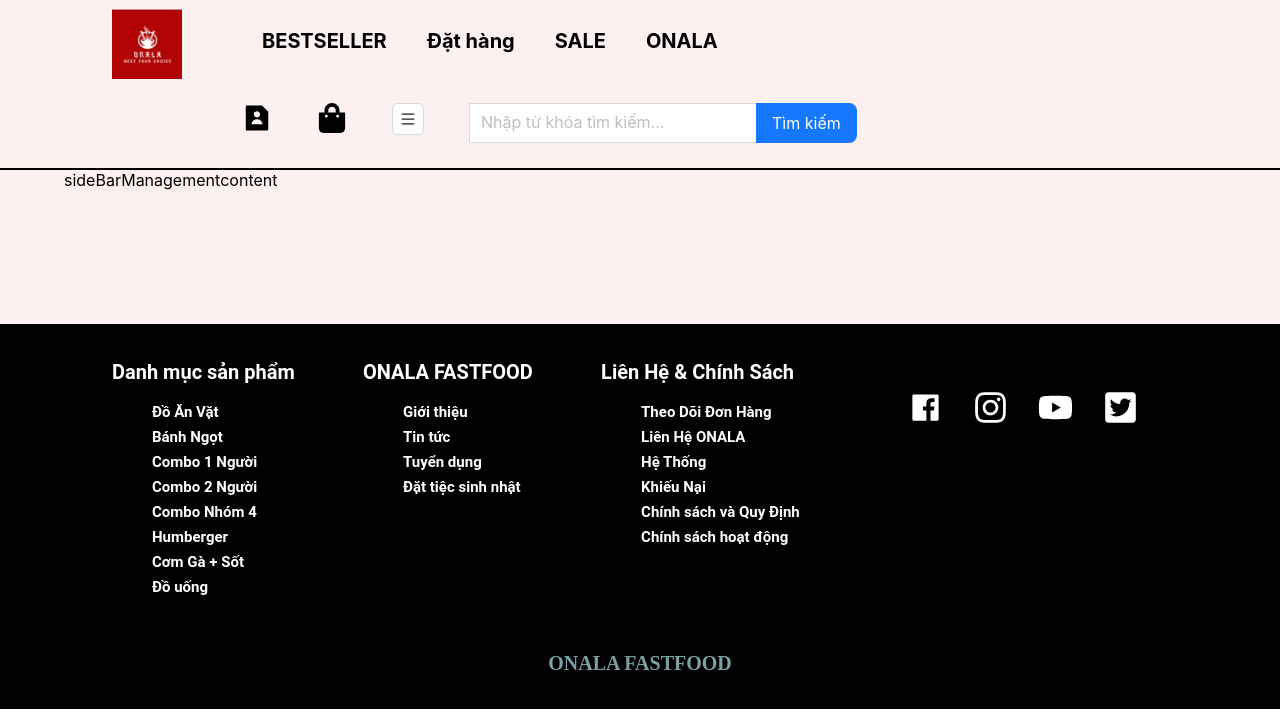
Repository: tranlan149/ONALA
Page: /account
The author's editor kept a copy of each file at every save. The page is drawn from the files as they stood at one save, then again after the next save.
The browser window is 1280 px wide. The pictures show the whole page.
The project was rebuilt for these pictures with package versions that can differ from the ones it lists, and the page was loaded fresh each time. Also part of the build but not shown: src/Components/Search/Search.css, src/Pages/BestSeller/index.js, src/Pages/ONALA/index.js, src/Pages/Sale/index.js, src/Pages/Recommend/index.js, src/Pages/Register/RegisterForm.module.css, src/Pages/Register/index.js, src/Pages/Login/LoginForm.module.css and 12 more.

Above is the page before, as saved 2025-02-11 15:18:16.

### src/App.js
import { Route, Routes } from 'react-router-dom';
import './App.css';
import Layout from './Layout';
import BestSeller from './Pages/BestSeller';
import ONALA from './Pages/ONALA';
import Sale from './Pages/Sale';
import Recommend from './Pages/Recommend';
import Register from './Pages/Register';
import Login from './Pages/Login';
import Order from './Pages/Order';
import Cart from './Pages/Cart';
import Home from './Pages/Home';
import AccountPage from './Pages/Account';

function App() {
  return (
    <>
      <Routes>
          <Route path='/' element={<Layout/>}>
            <Route path='/' element={<Home/>} />
            <Route path='/bestseller' element={<BestSeller/>} />
            <Route path='/account' element={<AccountPage/>} />
            <Route path='/recommend' element={<Recommend/>} />
            <Route path='/order' element={<Order/>} />
            <Route path='/cart' element={<Cart/>} />
            <Route path='/onala' element={<ONALA/>} />
            <Route path='sale' element={<Sale/>} />
            <Route path= 'register' element = {<Register/>}/>

          </Route>





      </Routes>
    </>
  );
}

export default App;

### src/App.css
.App {
  text-align: center;
}

.App-logo {
  height: 40vmin;
  pointer-events: none;
}

@media (prefers-reduced-motion: no-preference) {
  .App-logo {
    animation: App-logo-spin infinite 20s linear;
  }
}

.App-header
{
  background-color: #282c34;
  min-height: 100vh;
  display: flex;
  flex-direction: column;
  align-items: center;
  justify-content: center;
  font-size: calc(10px + 2vmin);
  color: white;
}
.layout_main {
  background-color: #FCF0F0;
}

.App-link {
  color: #61dafb;
}

@keyframes App-logo-spin {
  from {
    transform: rotate(0deg);
  }
  to {
    transform: rotate(360deg);
  }
}

### src/Layout/index.js
import { Outlet } from "react-router-dom";
import {  NavLink } from "react-router-dom";
import logo from "../image/logo.png"
import { RiFileUserFill } from "react-icons/ri";
import { FaShoppingBag } from "react-icons/fa";
import { BiLogoFacebookSquare } from "react-icons/bi";
import { FaInstagram } from "react-icons/fa";
import { FaYoutube } from "react-icons/fa";
import { FaTwitterSquare } from "react-icons/fa";
import SearchBar from '../Components/Search/Search'
import './style.css';

import MenuDropdown from "../Components/dropdown/MenuDropdown";

function Layout(){
    return(
        <>
            <div className='layout'>
                <header className="layout_header">
                    <div className='layout_logo'>
                        <NavLink to='/'>
                            <img src={logo} alt="logo" style={{height:'70px ', width:'70px '}}/>
                        </NavLink>

                    </div>
                    <div className='layout_menu_1'>
                        <ul>
                            <li>
                                <NavLink to='/bestseller'>BESTSELLER</NavLink>
                            </li>
                            <li>
                                <NavLink to='/order'>Đặt hàng </NavLink>
                            </li>
                            <li>
                                <NavLink to='/sale'>SALE</NavLink>
                            </li>
                            <li>
                                <NavLink to='/onala'>ONALA </NavLink>
                            </li>
                        </ul>
                    </div>
                    <div className='layout_menu_2'>
                        <ul>
                            <li>
                                <NavLink to='/account'>
                                    <RiFileUserFill style={{color:'#000 ', fontSize:'30px'}}/>
                                </NavLink>
                            </li>
                            <li>
                                <NavLink to='/cart'>
                                    <FaShoppingBag style={{color:'#000 ', fontSize:'30px'}}/>
                                </NavLink>
                            </li>

                            <li>

                                <MenuDropdown style={{color:'#000 ', fontSize:'30px'}}/>

                            </li>
                            <li>
                                <SearchBar style={{color:'#000000'}}/>
                            </li>
                        </ul>
                    </div>
                </header>
                <main className="layout_main"><Outlet/></main>
                <footer className="layout_footer" >
                    <div className="footer_1">
                        <h2>Danh mục sản phẩm</h2>
                        <ul>
                            <li>
                                <NavLink to='/'>Đồ Ăn Vặt</NavLink>
                            </li>
                            <li>
                                <NavLink to='/'>Bánh Ngọt</NavLink>
                            </li>
                            <li>
                                <NavLink to='/'>Combo 1 Người</NavLink>
                            </li>
                            <li>
                                <NavLink to='/'>Combo 2 Người</NavLink>
                            </li>
                            <li>
                                <NavLink to='/'>Combo Nhóm 4</NavLink>
                            </li>
                            <li>
                                <NavLink to='/'>Humberger</NavLink>
                            </li>
                            <li>
                                <NavLink to='/'>Cơm Gà + Sốt</NavLink>
                            </li>
                            <li>
                                <NavLink to='/'>Đồ uống</NavLink>
                            </li>
                        </ul>

                    </div>
                    <div className="footer_1">
                        <h2>ONALA FASTFOOD</h2>
                        <ul>
                            <li>
                                <NavLink to='/recommend'>Giới thiệu</NavLink>
                            </li>
                            <li>
                                <NavLink to='/'>Tin tức</NavLink>
                            </li>
                            <li>
                                <NavLink to='/'>Tuyển dụng </NavLink>
                            </li>
                            <li>
                                <NavLink to='/'>Đặt tiệc sinh nhật</NavLink>
                            </li>
                        </ul>
                    </div>
                    <div className="footer_1">
                        <h2>Liên Hệ & Chính Sách </h2>
                        <ul>
                            <li>
                                <NavLink to='/'>Theo Dõi Đơn Hàng</NavLink>
                            </li>
                            <li>
                                <NavLink to='/'>Liên Hệ ONALA</NavLink>
                            </li>
                            <li>
                                <NavLink to='/'>Hệ Thống </NavLink>
                            </li>
                            <li>
                                <NavLink to='/'>Khiếu Nại</NavLink>
                            </li>
                            <li>
                                <NavLink to='/'>Chính sách và Quy Định</NavLink>
                            </li>
                            <li>
                                <NavLink to='/'>Chính sách hoạt động</NavLink>
                            </li>
                        </ul>
                    </div>
                    <div className="footer_2">
                        <ul>
                            <li>
                                <BiLogoFacebookSquare style={{fontSize:'35px'}} />
                            </li>
                            <li>
                                <FaInstagram style={{fontSize:'35px'}}/>
                            </li>
                            <li>
                                <FaYoutube style={{fontSize:'35px'}}/>
                            </li>
                            <li>
                                <FaTwitterSquare style={{fontSize:'35px'}}/>
                            </li>
                        </ul>
                    </div>

                </footer>
                <div style={{background:'#000000', color:'#7AA0A3', textAlign:'center', paddingTop:'20px', paddingBottom:'45px', fontFamily:'Lora', fontSize:'20px', fontWeight:"bold"}}>ONALA  FASTFOOD</div>

            </div>
        </>
    );
}
export default Layout;

### src/Pages/Account/index.js
import Login from "../Login";
import UserManagement from "../UserManagement";
function AccountPage() {
    const isLogin = true;
    return (
        <>
            {isLogin ? <UserManagement/> : <Login/>}
        </>
    );
}

export default AccountPage;

### src/Components/Search/Search.js
import React, { useState } from 'react';
import { Input } from 'antd';
import './Search.css';

const { Search } = Input;

const SearchBar = ({ onSearch }) => {
  return (
    <Search
      placeholder="Nhập từ khóa tìm kiếm..."
      allowClear
      enterButton="Tìm kiếm"
      size="large"
      onSearch={onSearch} // Gọi hàm khi nhấn Enter hoặc nút Tìm kiếm
    />
  );
};

export default SearchBar;

### src/Layout/style.css
.layout{
    box-sizing: border-box;
    margin:0px;
    display: flex;
    flex-direction: column;
    min-height: 100vh;
}
.layout_header{
    display:flex;
    padding-left: 112px;
    padding-right: auto;
    padding-top: 9px;
    padding-bottom: 9px;
    flex-wrap: wrap;
    background-color: #FCF0F0;
    border-bottom: 2px solid #000000;


}
.layout_main {
    flex: 1;
}
.layout_menu_1 > ul {
    display: flex;
    list-style: none ;
    margin-top: 20px;
}

.layout_menu_1 > ul > li{
    margin-left: 40px;
}
.layout_menu_1 > ul > li> a{
    text-decoration: none;
    color: #000;
    font-weight: bold;
    font-size: 20px;
}
.layout_menu_2 {
     margin-left: 90px;
}
.layout_menu_2 > ul{
    display: flex;
    list-style: none ;
    margin-top: 20px;
}

.layout_menu_2 > ul > li{
    margin-right: 45px;
}
.layout_footer{
    display: flex;
    padding-left: 112px;
    padding-right: auto;

    background-color: #000000;
    margin-top: 50px;
    justify-content: space-between;
    padding: 20px 112px;
    background-color: #000;
    color: white;

    margin-top: auto;
}
.footer_1{
    margin-right: 30px;
}
.footer_1 > ul {
    list-style: none;
}
.footer_1 > ul > li{
    margin-top: 5px;
}
.footer_1 > ul > li > a{
    text-decoration: none;
    color:#fff;
    font-size: 15px;
    font-family: Roboto;

}
.footer_1 > h2{
    font-size: 20px;
    font-family: Roboto;
}
.footer_2 > ul{
    display: flex;
    list-style: none;
    padding-top: 30px;
}
.footer_2 > ul > li{
    margin-right: 30px;


}

### src/Components/dropdown/MenuDropdown.js
import { Menu, Dropdown, Button } from "antd";
import { MenuOutlined } from "@ant-design/icons";

const menu = (
  <Menu>
    <Menu.Item key="1">
        <h2>Danh mục sản phẩm</h2>
        <ul>
            <li>Đồ Ăn Vặt</li>
            <li>Bánh Ngọt</li>
            <li>Combo 1 Người</li>
            <li>Combo 2 Người</li>
            <li>Combo Nhóm 4</li>
            <li>Humberger</li>
            <li>Cơm Gà + Sốt</li>
            <li>Đồ Uống</li>
        </ul>
    </Menu.Item>
    <Menu.Item key="2">
        <h2>ONALA </h2>
        <ul>
            <li>Giới thiệu</li>
            <li>Tin tức </li>
            <li>Tuyển dụng </li>
            <li>Đặt tiệc sinh nhật </li>
        </ul>
    </Menu.Item>
    <Menu.Item key="3">
        <h2>Liên Hệ & Chính Sách </h2>
        <ul>
            <li>Theo Dõi Đơn Hàng </li>
            <li>Liên Hệ ONALA </li>
            <li>Hệ Thống </li>
            <li>Khiếu Nại </li>
            <li>Chính sách và Quy Định</li>
            <li>Chính sách hoạt động </li>
        </ul>
    </Menu.Item>
  </Menu>
);

function MenuDropdown() {
  return (
    <Dropdown overlay={menu} trigger={["click"]}>
      <Button icon={<MenuOutlined />}></Button>
    </Dropdown>
  );
}

export default MenuDropdown;

### src/Pages/DangNhap/style.css

.contentForm {
    margin: 80px 164px;
    display: flex;
    flex-direction: row;
    font-weight: 600;
}
:link {
    font-weight: 600;
}
.formContainer {
    margin-left: 176px;
}
.right-align {
    text-align: right;
    font-size: 20px;
    cursor: pointer;
}

a {
    text-decoration: none;
    color: black;
}
.underlineInput {
    width: 520px;
    border: none;
    border-bottom: 1px solid #000;
    outline: none;
    padding: 8px;
    font-size: 20px;
    background-color: #FCF0F0;

}
:where(.css-dev-only-do-not-override-cdzvx5) .underlineInput:focus,
:where(.css-dev-only-do-not-override-cdzvx5) .underlineInput:hover {

    background-color: #FCF0F0 !important;
}
:where(.css-dev-only-do-not-override-cdzvx5) .retrieveInput {
    background-color: #ffffff !important;
    font-size: 14px ;
    width: 630px;
    border-bottom: 1px solid #E53737;
}
.underlineInput:hover {
    background-color: #FCF0F0;
    border-bottom: 1px solid #4CAF50;

}
.underlineInput:focus,
.underlineInput:focus-within {
    border-bottom-color: #4CAF50;
    background-color: #FCF0F0;

}
.retrieveInput:hover {
    background-color: #ffffff !important;


}
.retrieveInput:focus,
.retrieveInput:focus-within {
    border-bottom-color: #4CAF50 ;
    background-color: #ffffff !important;

}



.ant-input-affix-wrapper,
.ant-input
{
    border-radius: 0 !important;
}

:where(.css-dev-only-do-not-override-cdzvx5) .ant-col-offset-8 {
    margin: 0 !important;
}
:where(.css-dev-only-do-not-override-cdzvx5) .ant-input:focus,
:where(.css-dev-only-do-not-override-cdzvx5).ant-input-outlined:focus,
:where(.css-dev-only-do-not-override-cdzvx5).ant-input-outlined:focus-within,
:where(.css-dev-only-do-not-override-cdzvx5).ant-input-outlined,
:where(.css-dev-only-do-not-override-cdzvx5).ant-input-outlined.ant-input-status-error:not(.ant-input-disabled):focus,
:where(.css-dev-only-do-not-override-cdzvx5).ant-input-outlined.ant-input-status-error:not(.ant-input-disabled):focus,
:where(.css-dev-only-do-not-override-cdzvx5).ant-input-outlined.ant-input-status-error:not(.ant-input-disabled):focus-within,
:where(.css-dev-only-do-not-override-cdzvx5).ant-input-outlined.ant-input-status-error:not(.ant-input-disabled):hover
{
    outline: none;
    box-shadow: none;
}

:where(.css-dev-only-do-not-override-cdzvx5).ant-input-outlined.ant-input-status-error:not(.ant-input-disabled):focus,
:where(.css-dev-only-do-not-override-cdzvx5).ant-input-outlined.ant-input-status-error:not(.ant-input-disabled):focus,
:where(.css-dev-only-do-not-override-cdzvx5).ant-input-outlined.ant-input-status-error:not(.ant-input-disabled):focus-within,
:where(.css-dev-only-do-not-override-cdzvx5).ant-input-outlined.ant-input-status-error:not(.ant-input-disabled):hover {
    background-color: #FCF0F0;
}
:where(.css-dev-only-do-not-override-cdzvx5).ant-input-outlined.ant-input-status-error:not(.ant-input-disabled){
    border: none; /* Bỏ các đường viền mặc định */
    border-bottom: 1px solid #ff4d4f;
    background-color: #FCF0F0;

}
:where(.css-dev-only-do-not-override-cdzvx5).ant-col-8 {
    flex: 0;
}
:where(.css-dev-only-do-not-override-cdzvx5).ant-col-16 {
    max-width: 100% !important;
}
:where(.css-dev-only-do-not-override-cdzvx5).ant-checkbox-wrapper.ant-checkbox-wrapper-in-form-item input[type="checkbox"],
:where(.css-dev-only-do-not-override-cdzvx5).ant-checkbox .ant-checkbox-inner{
    width: 28px;
    height: 28px;
}


.ant-modal .ant-modal-title {
    text-align: center;
    font-size: 20px;
    padding: 0 115px;
}
.ant-modal-body >p {
    text-align: center;
}

### src/Pages/Login/style.css

.contentForm {
    margin: 80px 164px;
    display: flex;
    flex-direction: row;
    font-weight: 600;
}
:link {
    font-weight: 600;
}
.formContainer {
    margin-left: 176px;
}
.right-align {
    text-align: right;
    font-size: 20px;
    cursor: pointer;
}

a {
    text-decoration: none;
    color: black;
}
.underlineInput {
    width: 520px;
    border: none;
    border-bottom: 1px solid #000;
    outline: none;
    padding: 8px;
    font-size: 20px;
    background-color: #FCF0F0;

}
:where(.css-dev-only-do-not-override-cdzvx5) .underlineInput:focus,
:where(.css-dev-only-do-not-override-cdzvx5) .underlineInput:hover {

    background-color: #FCF0F0 !important;
}
:where(.css-dev-only-do-not-override-cdzvx5) .retrieveInput {
    background-color: #ffffff !important;
    font-size: 14px ;
    width: 630px;
    border-bottom: 1px solid #E53737;
}
.underlineInput:hover {
    background-color: #FCF0F0;
    border-bottom: 1px solid #4CAF50;

}
.underlineInput:focus,
.underlineInput:focus-within {
    border-bottom-color: #4CAF50;
    background-color: #FCF0F0;

}
.retrieveInput:hover {
    background-color: #ffffff !important;


}
.retrieveInput:focus,
.retrieveInput:focus-within {
    border-bottom-color: #4CAF50 ;
    background-color: #ffffff !important;

}



.ant-input-affix-wrapper,
.ant-input
{
    border-radius: 0 !important;
}

:where(.css-dev-only-do-not-override-cdzvx5) .ant-col-offset-8 {
    margin: 0 !important;
}
:where(.css-dev-only-do-not-override-cdzvx5) .ant-input:focus,
:where(.css-dev-only-do-not-override-cdzvx5).ant-input-outlined:focus,
:where(.css-dev-only-do-not-override-cdzvx5).ant-input-outlined:focus-within,
:where(.css-dev-only-do-not-override-cdzvx5).ant-input-outlined,
:where(.css-dev-only-do-not-override-cdzvx5).ant-input-outlined.ant-input-status-error:not(.ant-input-disabled):focus,
:where(.css-dev-only-do-not-override-cdzvx5).ant-input-outlined.ant-input-status-error:not(.ant-input-disabled):focus,
:where(.css-dev-only-do-not-override-cdzvx5).ant-input-outlined.ant-input-status-error:not(.ant-input-disabled):focus-within,
:where(.css-dev-only-do-not-override-cdzvx5).ant-input-outlined.ant-input-status-error:not(.ant-input-disabled):hover
{
    outline: none;
    box-shadow: none;
}

:where(.css-dev-only-do-not-override-cdzvx5).ant-input-outlined.ant-input-status-error:not(.ant-input-disabled):focus,
:where(.css-dev-only-do-not-override-cdzvx5).ant-input-outlined.ant-input-status-error:not(.ant-input-disabled):focus,
:where(.css-dev-only-do-not-override-cdzvx5).ant-input-outlined.ant-input-status-error:not(.ant-input-disabled):focus-within,
:where(.css-dev-only-do-not-override-cdzvx5).ant-input-outlined.ant-input-status-error:not(.ant-input-disabled):hover {
    background-color: #FCF0F0;
}
:where(.css-dev-only-do-not-override-cdzvx5).ant-input-outlined.ant-input-status-error:not(.ant-input-disabled){
    border: none; /* Bỏ các đường viền mặc định */
    border-bottom: 1px solid #ff4d4f;
    background-color: #FCF0F0;

}
:where(.css-dev-only-do-not-override-cdzvx5).ant-col-8 {
    flex: 0;
}
:where(.css-dev-only-do-not-override-cdzvx5).ant-col-16 {
    max-width: 100% !important;
}
:where(.css-dev-only-do-not-override-cdzvx5).ant-checkbox-wrapper.ant-checkbox-wrapper-in-form-item input[type="checkbox"],
:where(.css-dev-only-do-not-override-cdzvx5).ant-checkbox .ant-checkbox-inner{
    width: 28px;
    height: 28px;
}


.ant-modal .ant-modal-title {
    text-align: center;
    font-size: 20px;
    padding: 0 115px;
}
.ant-modal-body >p {
    text-align: center;
}

### src/Pages/UserManagement/index.js
import './style.css'
function UserManagement() {
    return (
        <div className="managementContainer">
            <div className="sideBarManagement">
                sideBarManagement
            </div>
            <div className="contentManagement">
                content
            </div>
        </div>
    );
}

export default UserManagement;

### src/Pages/UserManagement/style.css
.managementContainer {
    display: flex;
    flex-direction: row;
    margin-left: 5%;
}

Loaded but not shown: public/index.html (common file); src/index.js (common file); src/index.css (common file); src/reportWebVitals.js (common file)

After the next save:
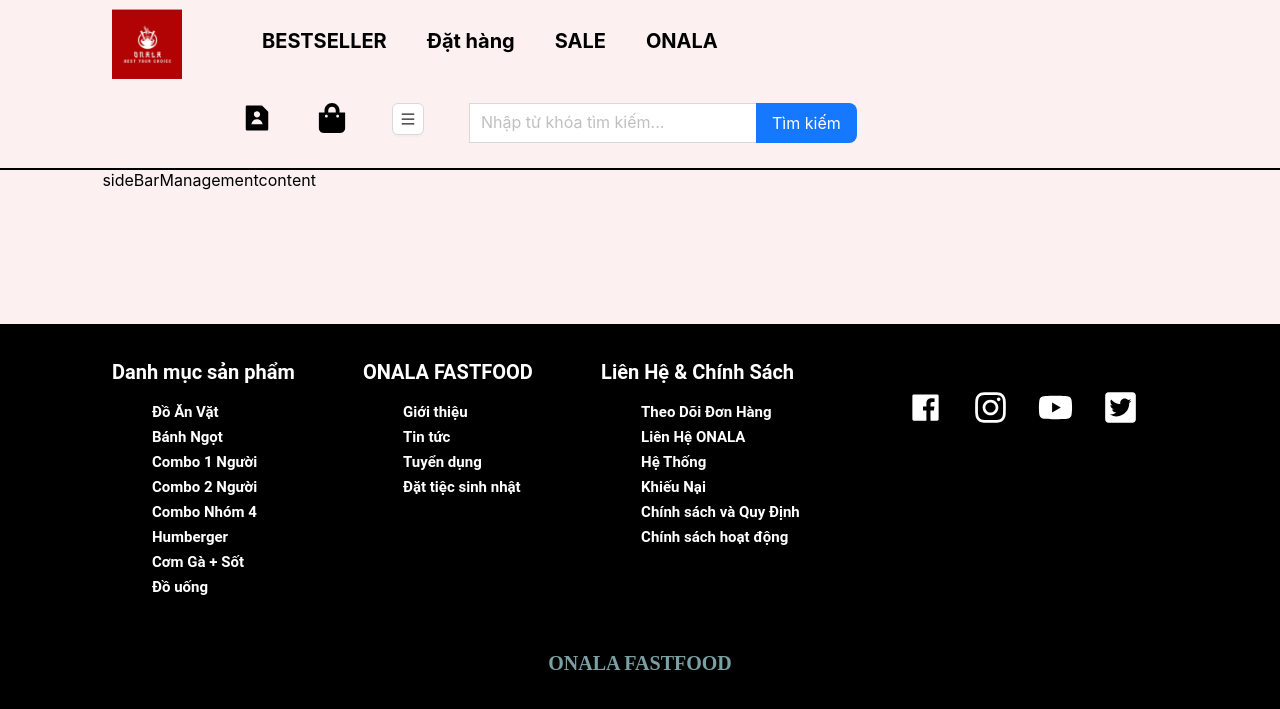
Saved 7 s later.
--- a/src/Pages/UserManagement/style.css
+++ b/src/Pages/UserManagement/style.css
@@ -1,5 +1,5 @@
 .managementContainer {
     display: flex;
     flex-direction: row;
-    margin-left: 5%;
+    margin-left: 8%;
 }
